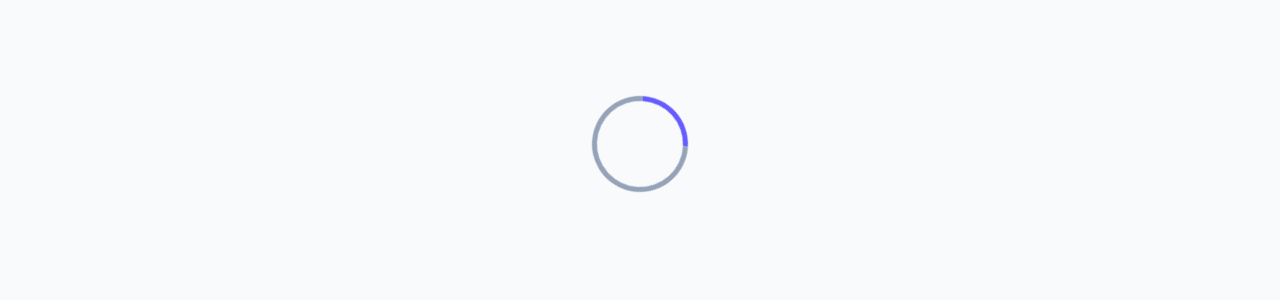
Repository: dydals3440/React-Projects
Page: / (app in 04-fundamental-projects/14-cart/starter/)
These files come from the project's save history. The page is drawn as it stood at one moment and after the next save; the edit follows.
The browser window is 1280 px wide. The pictures show the whole page.
The page's requests for data from a server got no answer. The project was rebuilt for these pictures with package versions that can differ from the ones it lists, and the page was loaded fresh each time. No one was signed in, and anything a server would have sent is missing. Also part of the build but not shown: 04-fundamental-projects/14-cart/starter/vite.config.js, 04-fundamental-projects/14-cart/starter/src/CartItem.jsx.

Above is the page before, as saved 2023-09-12 14:00:46.

### 04-fundamental-projects/14-cart/starter/src/main.jsx
import React from 'react';
import ReactDOM from 'react-dom/client';
import App from './App';
import './index.css';
import { AppProvider } from './store/context';
ReactDOM.createRoot(document.getElementById('root')).render(
  <React.StrictMode>
    <AppProvider>
      <App />
    </AppProvider>
  </React.StrictMode>
);

### 04-fundamental-projects/14-cart/starter/src/App.jsx
// components
import Navbar from './Navbar';
import CartContainer from './CartContainer';
import { useGlobalContext } from './store/context';

function App() {
  const { loading } = useGlobalContext();
  if (loading) {
    return (
      <main>
        <div className='loading' style={{ marginTop: '6rem' }}></div>
      </main>
    );
  }
  return (
    <main>
      <Navbar />
      <CartContainer />
    </main>
  );
}

export default App;

### 04-fundamental-projects/14-cart/starter/src/store/context.jsx
import { useContext, useReducer, useEffect, createContext } from 'react';
import reducer from './reducer';
import cartItems from '../data';
import {
  CLEAR_CART,
  REMOVE,
  INCREASE,
  DECREASE,
  LOADING,
  DISPLAY_ITEMS,
} from './actions';
import { getTotals } from '../utils/utils';

const url = 'https://www.course-api.com/react-useReducer-cart-project';

const AppContext = createContext();

// // 1. reducer 파일에 로직 분리
// const reducer = (state, action) => {
//   return state;
// };

// 2.
const initialState = {
  loading: false,
  cart: new Map(),
};

export const AppProvider = ({ children }) => {
  // 초기상태 뿐만 아니라, reducer를 사용해서 상태를 변경할 수 있음.
  const [state, dispatch] = useReducer(reducer, initialState);
  // totalAmount 갖고옴
  const { totalAmount, totalCost } = getTotals(state.cart);

  const clearCart = () => {
    dispatch({ type: CLEAR_CART });
  };

  const remove = (id) => {
    dispatch({ type: REMOVE, payload: { id } });
  };

  const increase = (id) => {
    dispatch({ type: INCREASE, payload: { id } });
  };

  const decrease = (id) => {
    dispatch({ type: DECREASE, payload: { id } });
  };

  const fetchData = async () => {
    dispatch({ type: LOADING });
    const response = await fetch(url);
    const cart = await response.json();
    dispatch({ type: DISPLAY_ITEMS, payload: { cart } });
  };
  useEffect(() => {
    fetchData();
  }, []);

  return (
    <AppContext.Provider
      value={{
        ...state,
        clearCart,
        remove,
        increase,
        decrease,
        totalAmount,
        totalCost,
      }}
    >
      {children}
    </AppContext.Provider>
  );
};

export const useGlobalContext = () => {
  return useContext(AppContext);
};

### 04-fundamental-projects/14-cart/starter/src/Navbar.jsx
import { FaCartPlus } from 'react-icons/fa';
import { useGlobalContext } from './store/context';
const Navbar = () => {
  const { totalAmount } = useGlobalContext();
  return (
    <nav>
      <div className='nav-center'>
        <h4>useReducer</h4>
        <div className='nav-container'>
          <FaCartPlus className='cart-icon' />
          <div className='amount-container'>
            <p className='total-amount'>{totalAmount}</p>
          </div>
        </div>
      </div>
    </nav>
  );
};

export default Navbar;

### 04-fundamental-projects/14-cart/starter/src/CartContainer.jsx
import CartItem from './CartItem';
import cartItems from './data';
import { useGlobalContext } from './store/context';

const CartContainer = () => {
  const { cart, clearCart, totalCost } = useGlobalContext();

  // const cartArray = [...cartItems];
  const cartArray = Array.from(cart.entries());
  if (cartArray.length === 0) {
    return (
      <section className='cart'>
        {/* cart header */}
        <header>
          <h2>your bag</h2>
          <h4 className='empty-cart'>is currently empty</h4>
        </header>
      </section>
    );
  }
  return (
    <section className='cart'>
      {/* cart header */}
      <header>
        <h2>your bag</h2>
      </header>
      {/* cart items */}
      <div>
        {cartArray.map((cartItem) => {
          const [id, item] = cartItem;
          return <CartItem key={id} {...item} />;
        })}
      </div>
      {/* cart footer */}
      <footer>
        <hr />
        <div>
          <h5 className='cart-total'>
            total <span>${totalCost.toFixed(2)}</span>
          </h5>
        </div>
        <button className='btn btn-hipster' onClick={clearCart}>
          clear cart
        </button>
      </footer>
    </section>
  );
};

export default CartContainer;

### 04-fundamental-projects/14-cart/starter/src/store/reducer.js
import {
  CLEAR_CART,
  REMOVE,
  INCREASE,
  DECREASE,
  LOADING,
  DISPLAY_ITEMS,
} from './actions';

const reducer = (state, action) => {
  if (action.type === CLEAR_CART) {
    return { ...state, cart: new Map() };
  }
  if (action.type === REMOVE) {
    // Mutate 때문에 새 인스턴스를 만듬. 이전 카트를 참조하지 않음 이제
    const newCart = new Map(state.cart);
    newCart.delete(action.payload.id);
    // ...state는 기존값을 복사하고 덮어씀
    return { ...state, cart: newCart };
  }
  if (action.type === INCREASE) {
    // Mutate 방지 새 객체 만듬
    const newCart = new Map(state.cart);
    const itemId = action.payload.id;
    const item = newCart.get(itemId);
    const newItem = { ...item, amount: item.amount + 1 };
    // set은 key와 value만 넣어주면됨.
    newCart.set(itemId, newItem);
    return { ...state, cart: newCart };
  }
  if (action.type === DECREASE) {
    const newCart = new Map(state.cart);
    const itemId = action.payload.id;
    const item = newCart.get(itemId);
    if (item.amount === 1) {
      newCart.delete(itemId);
      return { ...state, cart: newCart };
    }
    const newItem = { ...item, amount: item.amount - 1 };
    newCart.set(itemId, newItem);
    return { ...state, cart: newCart };
  }
  if (action.type === LOADING) {
    return { ...state, loading: true };
  }
  if (action.type === DISPLAY_ITEMS) {
    const newCart = new Map(action.payload.cart.map((item) => [item.id, item]));
    return { ...state, loading: false, cart: newCart };
  }
  throw new Error(`no matching action type : ${action.type}`);
};

export default reducer;

### 04-fundamental-projects/14-cart/starter/src/data.jsx
const cartItems = [
  {
    id: 'rec1JZlfCIBOPdcT2',
    title: 'Samsung Galaxy S8',
    price: '399.99',
    img: 'https://www.course-api.com/images/cart/phone-1.png',
    amount: 1,
  },
  {
    id: 'recB6qcHPxb62YJ75',
    title: 'google pixel',
    price: '499.99',
    img: 'https://www.course-api.com/images/cart/phone-2.png',
    amount: 1,
  },
  {
    id: 'recdRxBsE14Rr2VuJ',
    title: 'Xiaomi Redmi Note 2',
    price: '699.99',
    img: 'https://www.course-api.com/images/cart/phone-3.png',
    amount: 1,
  },
  {
    id: 'recwTo160XST3PIoW',
    title: 'Samsung Galaxy S7',
    price: '599.99 ',
    img: 'https://www.course-api.com/images/cart/phone-4.png',
    amount: 1,
  },
];

export default cartItems;

### 04-fundamental-projects/14-cart/starter/src/utils/utils.js
// Total Amount 호출
export const getTotals = (cart) => {
  let totalAmount = 0;
  let totalCost = 0;
  console.log(cart);
  for (let { amount, price } of cart.values()) {
    totalAmount += amount;
    totalCost += amount * price;
  }
  return { totalAmount, totalCost };
};

Loaded but not shown: 04-fundamental-projects/14-cart/starter/index.html (common file); 04-fundamental-projects/14-cart/starter/src/index.css (common file); 04-fundamental-projects/14-cart/starter/src/store/actions.js (common file)

After the next save:
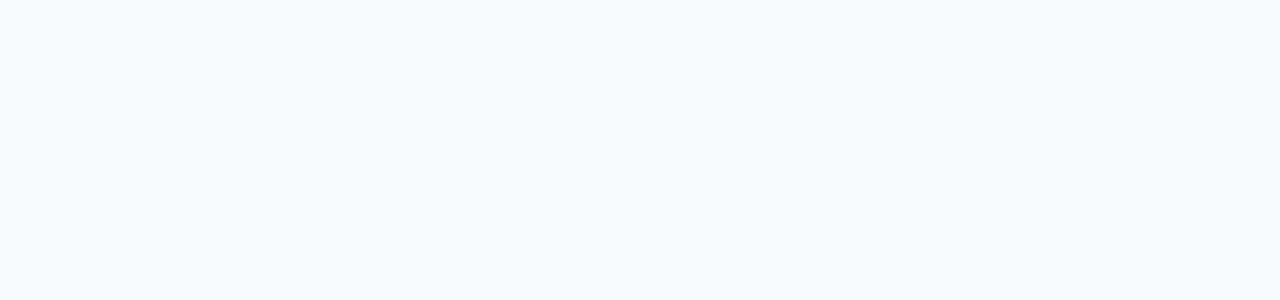
Console error: TypeError: Cannot read properties of undefined (reading 'values')
Saved 6 s later.
--- a/04-fundamental-projects/14-cart/starter/src/store/context.jsx
+++ b/04-fundamental-projects/14-cart/starter/src/store/context.jsx
@@ -23,7 +23,7 @@
 // 2.
 const initialState = {
   loading: false,
-  cart: new Map(),
+  //   cart: new Map(cartItems.map((item) => [item.id, item])),
 };
 
 export const AppProvider = ({ children }) => {

After the 2 saves that followed:
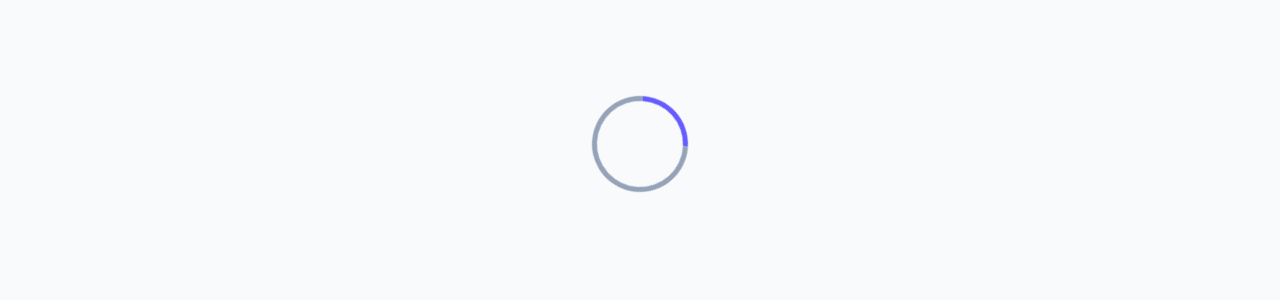
The error is gone.
The 2 saves are shown as one change because they came seconds apart.
The last was saved 6 s later.
--- a/04-fundamental-projects/14-cart/starter/src/store/context.jsx
+++ b/04-fundamental-projects/14-cart/starter/src/store/context.jsx
@@ -23,6 +23,7 @@
 // 2.
 const initialState = {
   loading: false,
+  cart: new Map(),
   //   cart: new Map(cartItems.map((item) => [item.id, item])),
 };
 
